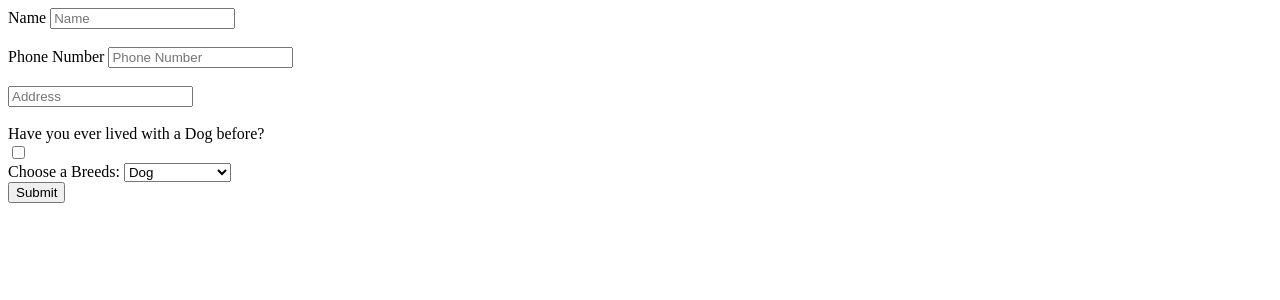
Repository: acciojob/dog-adoption-application-vandanayadav15
Page: main.html
An editor plug-in stored every save of this project. The page is shown before and after a run of saves, followed by the edit.
The browser window is 1280 px wide. The pictures show the whole page.

Above is the page before, as saved 2022-10-14 10:58:52.

After the next 3 saves:
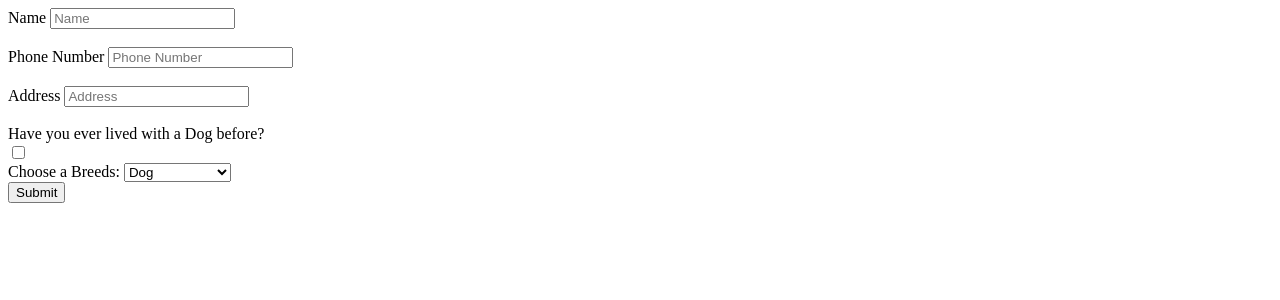
The 3 saves are shown as one change because they came seconds apart.
The last was saved 11 s later.
--- a/main.html
+++ b/main.html
@@ -13,7 +13,7 @@
 		<input type="text" id="name" , placeholder="Name" /><br><br>
 		<label>Phone Number	</label>
 		<input type="text" id="phone" placeholder="Phone Number"><br><br>
-		<label><Address</Address></label>
+		<label>Address</label>
 		<input type="text" id="address" placeholder="Address"><br><br>
 		<label for="dog"> Have you ever lived with a Dog before?</label><br>
 		<input type="checkbox" id="checkbox" value="Have you ever lived with a Dog before?"><br>
